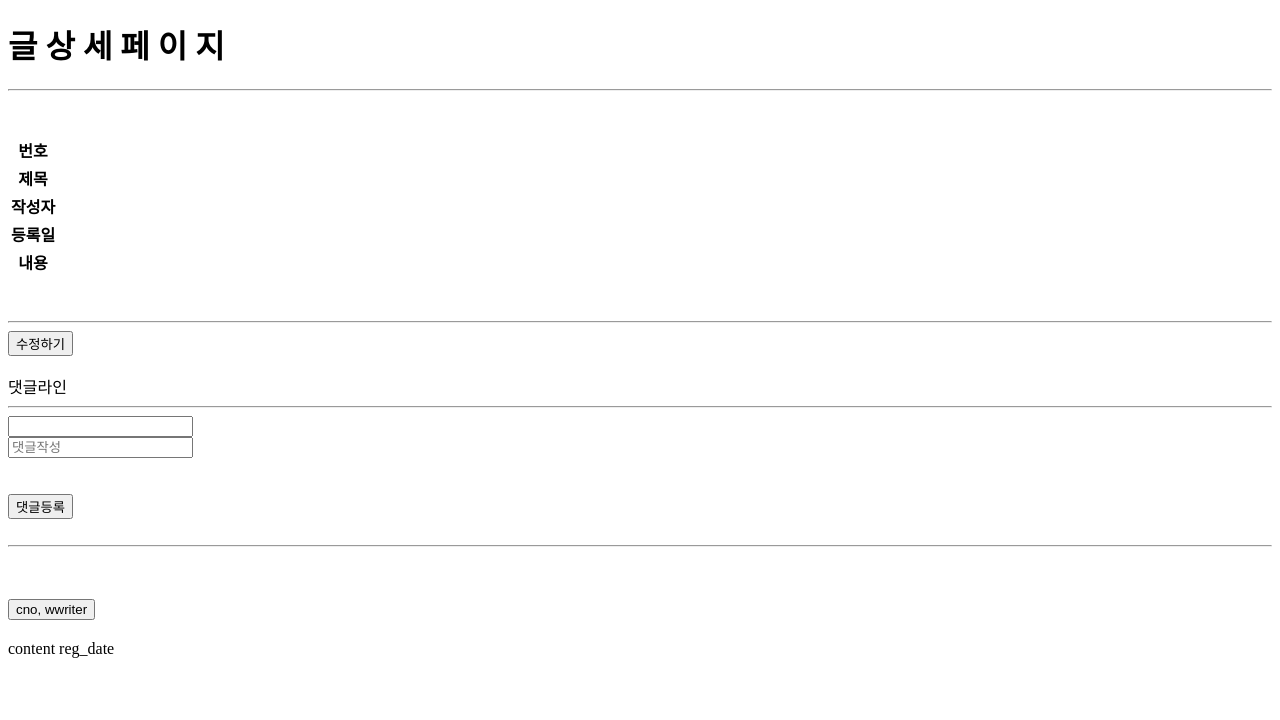
Repository: bbqju13/jsp0602
Page: http://localhost/jsp_project/board/detail.jsp
These files come from the project's save history. The page is drawn as it stood at one moment and after the next save; the edit follows.
The browser window is 1280 px wide. The pictures show the whole page.
The page is served by Tomcat 9. Other server files are loaded and not shown. The template is opened directly, without the code that normally fills it, so the values that code supplies are empty.

Above is the page before, as saved 2023-05-19 02:20:57.

### jsp_project2/jsp_project/src/main/webapp/board/detail.jsp
<%@ page language="java" contentType="text/html; charset=UTF-8"
	pageEncoding="UTF-8"%>
<!DOCTYPE html>
<html>
<head>
<meta charset="UTF-8">
<title>글상세 페이지</title>
<script
	src="https://cdn.jsdelivr.net/npm/bootstrap@5.2.3/dist/js/bootstrap.bundle.min.js"
	integrity="sha384-kenU1KFdBIe4zVF0s0G1M5b4hcpxyD9F7jL+jjXkk+Q2h455rYXK/7HAuoJl+0I4"
	crossorigin="anonymous"></script>
</head>
<body>
	<h1>글 상 세 페 이 지</h1>
	<hr> <br> <br>
	<table class="table table-striped">
		<tr>
			<th>번호</th>
			<td>${bvo.bno }</td>
		</tr>
		<tr>
			<th>제목</th>
			<td>${bvo.title }</td>
		</tr>
		<tr>
			<th>작성자</th>
			<td>${bvo.writer }</td>
		</tr>
		<tr>
			<th>등록일</th>
			<td>${bvo.reg_date }</td>
		</tr>
		<tr>
			<th>내용</th>
			<td>${bvo.content }</td>
		</tr>
	</table>

	<br>
	<br>
	<hr>
	<a href="/brd/modify?bno=${bvo.bno }">
		<button type="button">수정하기</button>
	</a>

	<br>
	<br>

	<div>
		댓글라인 <br> <hr>
		<!-- 댓글작성 라인 -->
			<input type="text" id="cmtWriter" value="${ses.id }" readonly="readonly">
			<br>
			<input type="text" id="cmtText" placeholder="댓글작성">
			<br> <br> <br>
			<button type="button" id="cmtAddBtn">댓글등록</button>
	</div>
			<br> <hr> <br>
	<div>
		<!-- 댓글표시 라인 -->
		<div class="accordion" id="accordionExample">
  <div class="accordion-item">
    <h2 class="accordion-header" id="heading1">
      <button class="accordion-button" type="button" data-bs-toggle="collapse" data-bs-target="#collapse1" aria-expanded="true" aria-controls="collapse1">
       	cno, wwriter
      </button>
    </h2>
    <div id="collapse1" class="accordion-collapse collapse show" aria-labelledby="heading1" data-bs-parent="#accordionExample">
      <div class="accordion-body">
        content reg_date
      </div>
    </div>
  </div>
</div>
	</div>

</body>
</html>

After the next save:
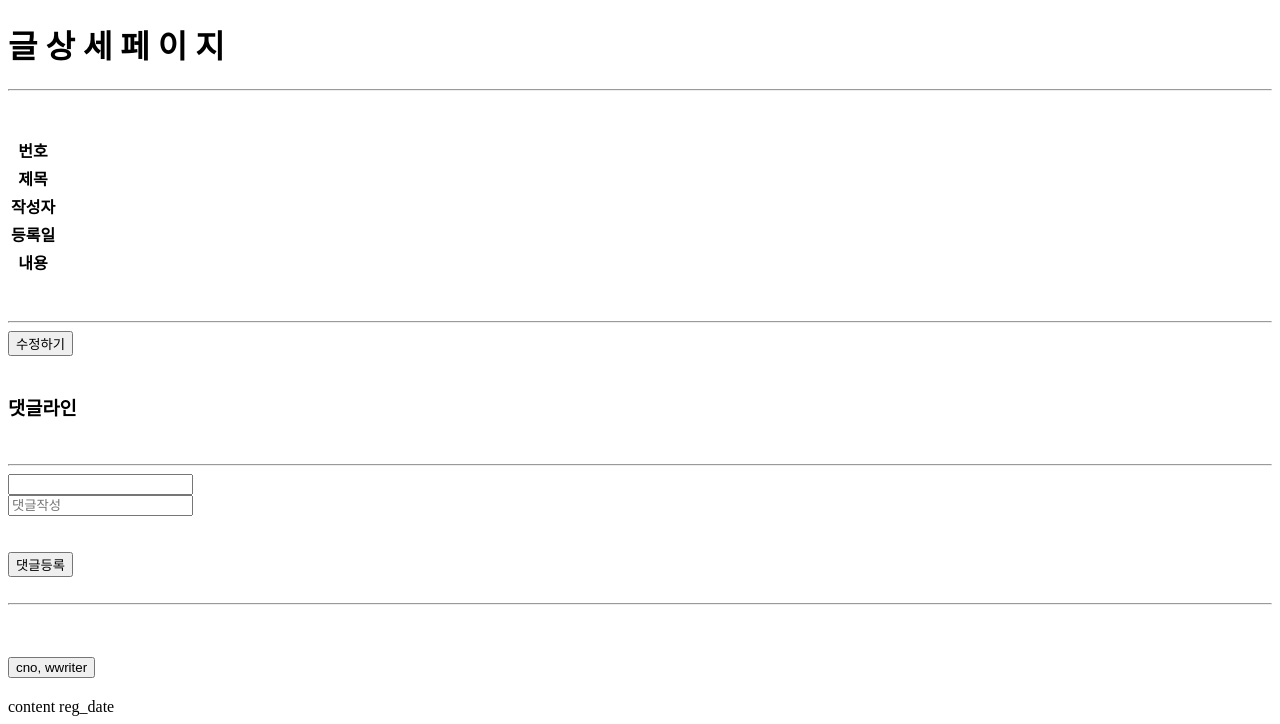
Saved 41 s later.
--- a/jsp_project2/jsp_project/src/main/webapp/board/detail.jsp
+++ b/jsp_project2/jsp_project/src/main/webapp/board/detail.jsp
@@ -47,7 +47,7 @@
 	<br>
 
 	<div>
-		댓글라인 <br> <hr>
+		<h3>댓글라인</h3> <br> <hr>
 		<!-- 댓글작성 라인 -->
 			<input type="text" id="cmtWriter" value="${ses.id }" readonly="readonly">
 			<br>
